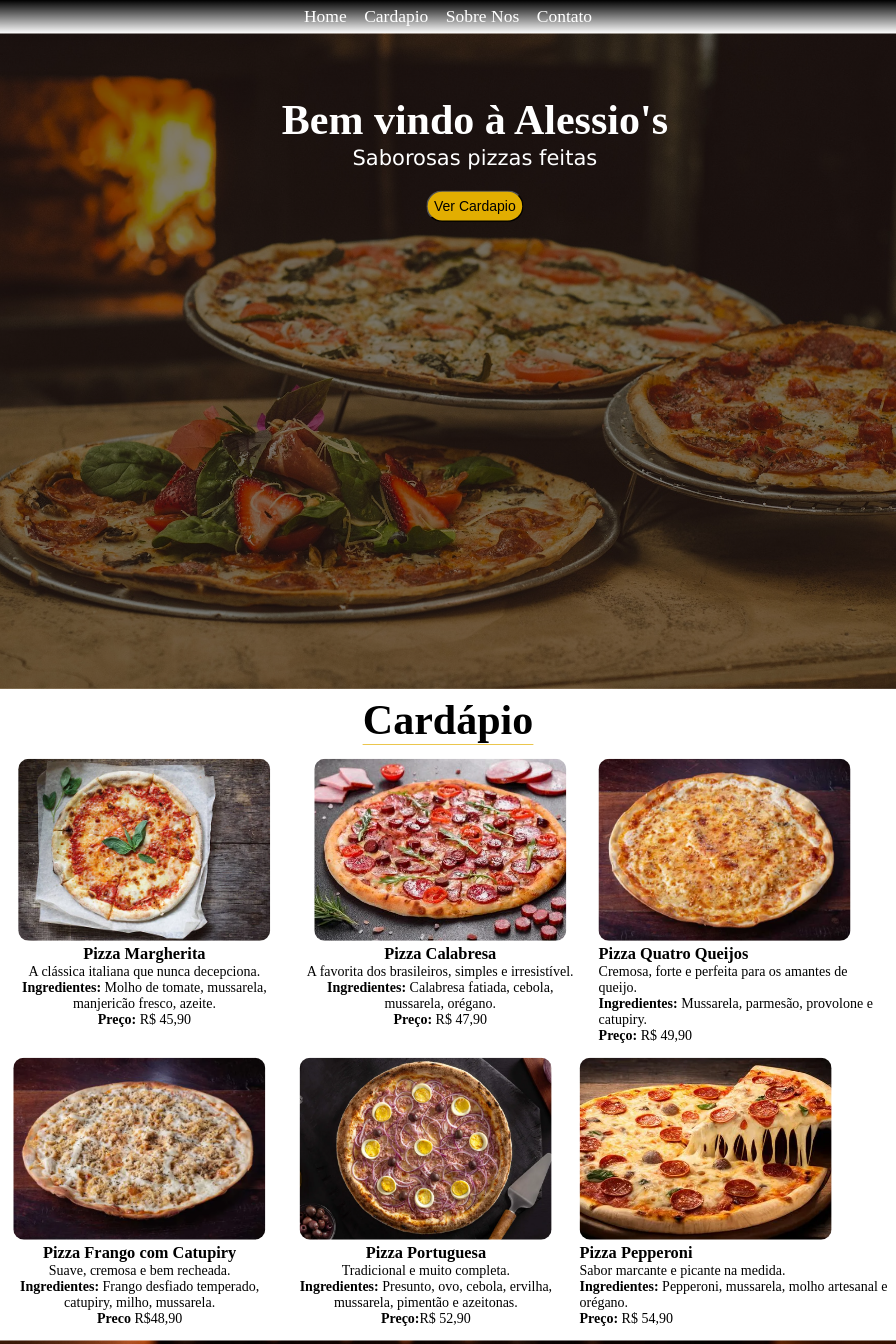
Repository: Mateushlp/landing-page-pizza
Page: index.html
These files come from the project's save history. The page is drawn as it stood at one moment and after the next save; the edit follows.
The browser window is 1280 px wide. The pictures show the part of the page from y = 0 to 1920 px (the page is 2788 px tall), at 70% of full size.

Above is the page before, as saved 2026-05-03 10:58:51.

### index.html
<!DOCTYPE html>
<html lang="en">
<head>
    <meta charset="UTF-8">
    <meta name="viewport" content="width=device-width, initial-scale=1.0">
    <link rel="stylesheet" href="style.css">
    <title>Document</title>
</head>
<body>
    <header>
        <nav>
            <ul>
                <li> <a href="http://"> Home</li></a>
                <li> <a href="http://">Cardapio</li></a>
                <li> <a href="http://">Sobre Nos</li></a>
                <li> <a href="http://">Contato</li></a>
            </ul>
        </nav>
    </header>

    <section class="inicio">
        <div class="texto">
        <h1>Bem vindo à Alessio's</h1>
        <p>Saborosas pizzas feitas </p>
        <button class="btn1">Ver Cardapio</button>
        </div>
    </section>

    <section class="cardapio">
        <h2 class="cardapio1">Cardápio</h2>
    </section>

    <div class="prato">
        <div class="pratos1">
            <img src="./img/margherita-pizza.jpg" alt="">
            <h3>Pizza Margherita</h3>
            <p> A clássica italiana que nunca decepciona. <br>
          <strong>Ingredientes:</strong>  Molho de tomate, mussarela, manjericão fresco, azeite. <br>
        <strong>Preço:</strong> R$ 45,90
    </p>
        </div>
            <div class="pratos2">
                <img src="./img/3140217-pizza-calabresa.jpg" alt="">
                <h3>Pizza Calabresa</h3>
                <p>A favorita dos brasileiros, simples e irresistível. <br>
                <strong>Ingredientes:</strong> Calabresa fatiada, cebola, mussarela, orégano. <br>
                    <strong>Preço:</strong> R$ 47,90
            </p>
            </div>
                <div class="pratos3">
                    <img src="./img/Quatro-Queijos.jpg" alt="">
                    <h3>Pizza Quatro Queijos</h3>
                    <p>Cremosa, forte e perfeita para os amantes de queijo. <br>
                    <strong>Ingredientes:</strong>  Mussarela, parmesão, provolone e catupiry. <br>
                        <strong>Preço: </strong>R$ 49,90
                </p>
                </div>
                </div>

                <div class="prato2">
                <div class="pratos1">
                    <img src="./img/Frango-com-Catupiry-2.jpg" alt="">
                    <h3>Pizza Frango com Catupiry</h3>
                    <p>Suave, cremosa e bem recheada. <br>
                   <strong>Ingredientes:</strong> Frango desfiado temperado, catupiry, milho, mussarela. <br>
                   <strong>Preco </strong> R$48,90
                </p>
                </div>
                <div class="pratos2">
                    <img src="./img/pizza-portuguesa.jpg" alt="">
                    <h3>Pizza Portuguesa</h3>
                    <p>Tradicional e muito completa. <br>
                   <strong>Ingredientes:</strong>  Presunto, ovo, cebola, ervilha, mussarela, pimentão e azeitonas. <br>
                    <strong>Preço:</strong>R$ 52,90
                </p>
                </div>
                <div class="pratos3">
                    <img src="./img/the-pepperoni-pizza-and-a-piece-of-streched-cheese-pizza-with-ai-generated-free-photo.jpg" alt="">
                    <h3>Pizza Pepperoni</h3>
                    <p>Sabor marcante e picante na medida. <br>
                  <strong>Ingredientes:</strong>   Pepperoni, mussarela, molho artesanal e orégano. <br>
                <strong>Preço:</strong> R$ 54,90</p>

                </div>
                </div>
                </div>




    <section class="sobre">
        <div class="sobre1">
        <h2>Sobre nos</h2>
        <p>Nossa pizzaria e dedicada a criar as melhores pizzas do mundo com ingrendientes frescos e receitas exclusivas</p>
    </div>
    </section>

<section id="contato" class="contato">
    <h2>Contato</h2>

    <div class="contato-info">
        <div class="box">
            <h3>Telefone</h3>
            <p>(35) 99744-0140</p>
        </div>

        <div class="box">
            <h3>Endereço</h3>
            <p>Rua Tal Tal, Nº 123 , Centro , Lavras/MG</p>
        </div>

        <div class="box">
            <h3>Email</h3>
            <p>mateus@gmail.com</p>
        </div>
            <div class="box">
                <h3>Hórario de Funcionamento</h3>
                <p>Segunda a Sábado 11h00 às 23h00 - Domingo: 16h00 às 23H00</p>
            </div>
    </div>
</section>
        <div class="pedir">
        <button class="btn2">Peca Agora Mesmo!</button>
        </div>


    <footer>
        <h2>&copy; 2025 Alessio's Pizzaria</h2>
    </footer>

</body>
</html>

### style.css
*{
    margin:0;
    padding: 0;
    box-sizing: border-box;
}

nav ul {
    display: flex;
    gap: 25px;
    list-style: none;
    justify-content: center;
    font-size: 25px;
    padding: 10px;
     background: linear-gradient(to bottom, rgb(00, 0, 0), rgba(0,0,0,0.0));
}

nav ul a{
    text-decoration: none;
    color: #fff;
    margin-top: 10px;
}

nav ul a:hover{
    border-radius: 20px;
    background-color: black;
    color: #af8600;
}

.inicio{
     background:
        linear-gradient(rgba(0,0,0,0.5), rgba(0,0,0,0.5)),
        url(./img/background-meio.jpg);
    background-size: cover;
    background-position: center;
    height: 130vh;
}

.texto{
    display: flex;
    flex-direction: column;
    align-items: center;
    color: #fff;
    padding-top: 7%;
    padding-left: 6%;
    font-size: 40px;
}
.texto p{
    font-family: 'Lucida Sans', 'Lucida Sans Regular', 'Lucida Grande', 'Lucida Sans Unicode', Geneva, Verdana, sans-serif;
    font-size: 30px;

}
.btn1{
 background-color: #e2ae01;
 border-radius: 30px;
 font-size: 20px;
 margin-top: 30px;
 padding: 9px;
 cursor:pointer;
}
.cardapio{
    text-align: center;
    padding: 10px;
    font-size: 40px;
}
.cardapio1{
    display: inline-block;
    border-bottom: 1px solid #e2ae01;
}
.prato{
    margin: 10px;
    display: flex;
    gap: 30px;
    font-size: 20px;
    margin-bottom: 20px;
}

.prato2{
    margin: 10px;
    display: flex;
    gap: 30px;
    font-size: 20px;
    margin-bottom: 20px;
}


.prato img,
.prato2 img {
    width: 50vh;
    height: 260px;
    object-fit: cover;
    border-radius: 15px;
}
.pratos1,
.pratos2 {
    width: 35%;
    text-align: center;
}

.sobre{
    background-image: url(./img/background.jpg);
    background-size: cover;
    background-position: center;
    height: 50vh;
}
.sobre1{
    display: flex;
    align-items: center;
    padding-top: 40px;
    font-size: 30px;
    flex-direction: column;
    color: #fff;
}
.sobre1 p{
    font-size: 20px;
}

.contato {
    padding: 50px 0;
    text-align: center;
}

.contato-info {
    display: flex;
    justify-content: center;
    gap: 60px;
    margin-top: 20px;
    flex-wrap: wrap;
}

.contato-info .box {

    padding: 20px 30px;
    border-radius: 15px;

}

.contato-info h3 {
    font-size: 24px;
    color: #af8600;
}

.contato-info p {
    font-size: 18px;
    color: #000;
}

.pedir{
    display: flex;
    justify-content: center;
    align-items: center;
    text-align: center;
}
.btn2{
     background-color: #e2ae01;
 border-radius: 30px;
 font-size: 20px;
 margin-bottom: 20px;
 padding: 9px;
 cursor:pointer;

}
footer{
      background-color: #1a1a1a;
      color: #d4af37;
  text-align: center;
  padding: 20px;
  font-size: 14px;
}

After the next save:
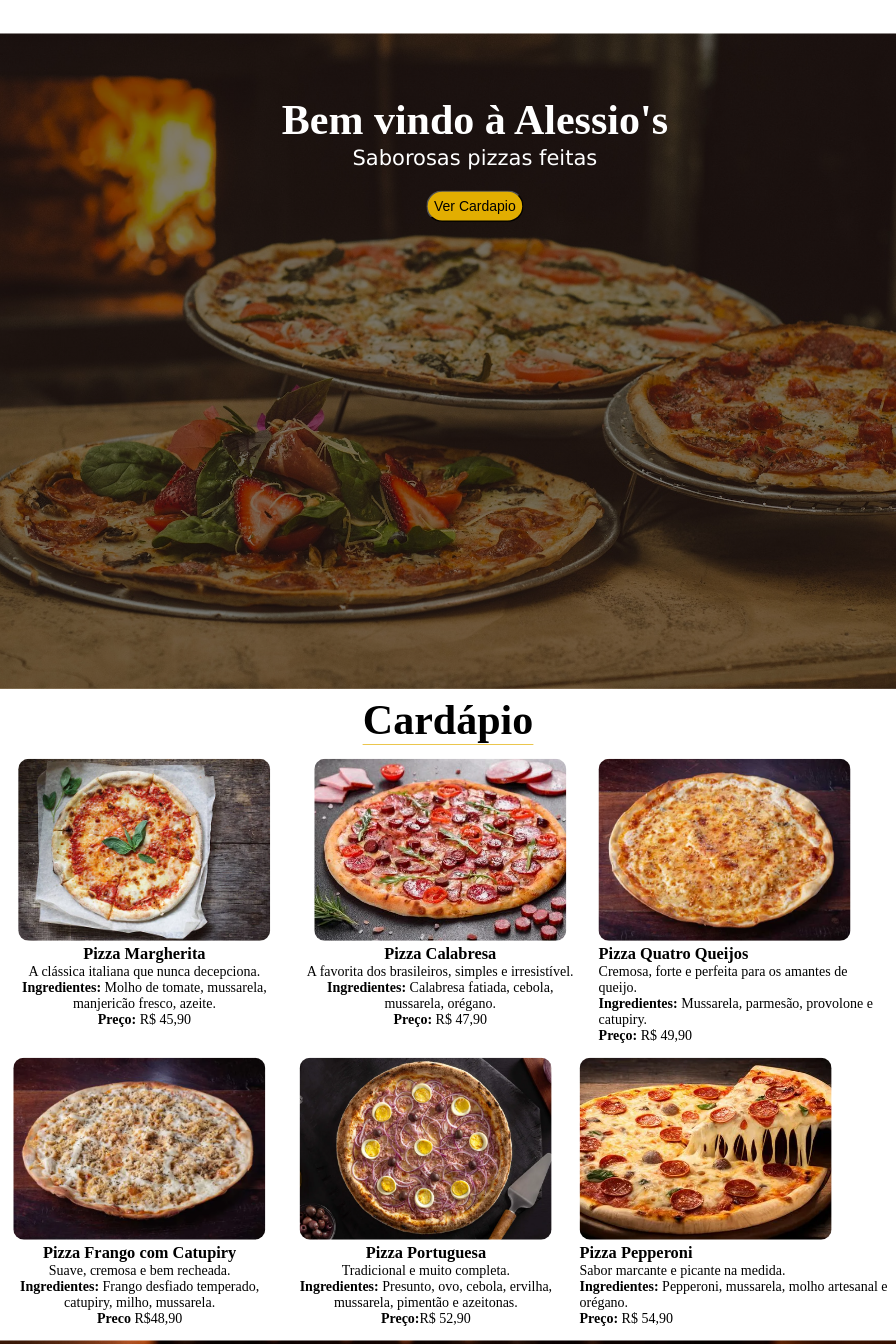
Saved 4 s later.
--- a/style.css
+++ b/style.css
@@ -11,7 +11,7 @@
     justify-content: center;
     font-size: 25px;
     padding: 10px;
-     background: linear-gradient(to bottom, rgb(00, 0, 0), rgba(0,0,0,0.0));
+     background: linear-gradient(to bottom, rgb(00, 0, 0), rgba(0,0,0,0.0.9));
 }
 
 nav ul a{

After the 2 saves that followed:
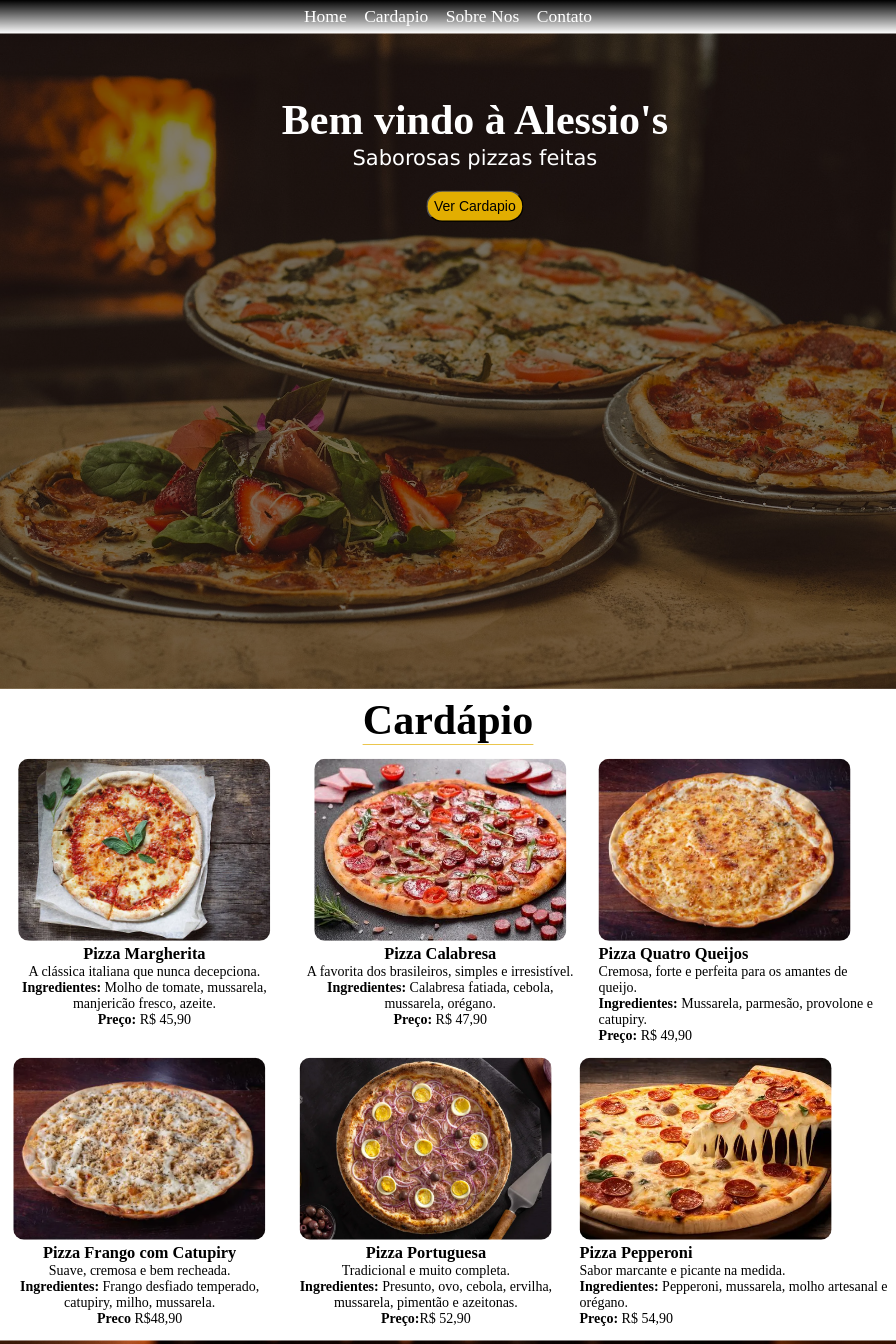
The 2 saves are shown as one change because 1 left the picture as it was.
The last was saved 14 s later.
--- a/style.css
+++ b/style.css
@@ -11,7 +11,7 @@
     justify-content: center;
     font-size: 25px;
     padding: 10px;
-     background: linear-gradient(to bottom, rgb(00, 0, 0), rgba(0,0,0,0.0.9));
+     background: linear-gradient(to bottom, rgb(00, 0, 0), rgba(0,0,0,0.0));
 }
 
 nav ul a{
